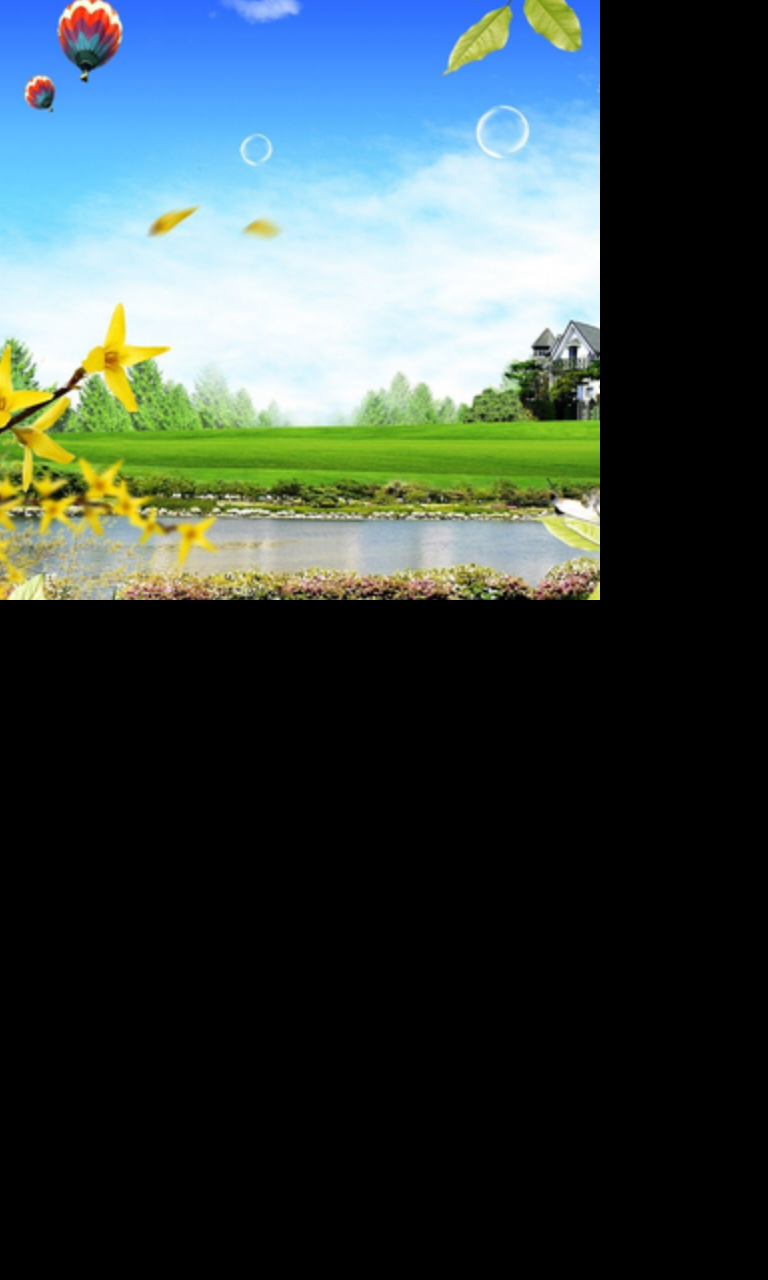
Repository: GuangmingChan/DevelopAndroidApp
Layout: demoImageButton3/res/layout/main.xml
These files come from the project's save history. The layout is drawn as it stood at one moment and after the next save; the edit follows.
It is drawn on a 768 x 1280 px phone screen (xhdpi) without system bars, with theme android:Theme.Holo; the app's code is not run.

Above is the layout before, as saved 2017-03-14 00:35:09.

After the next save:
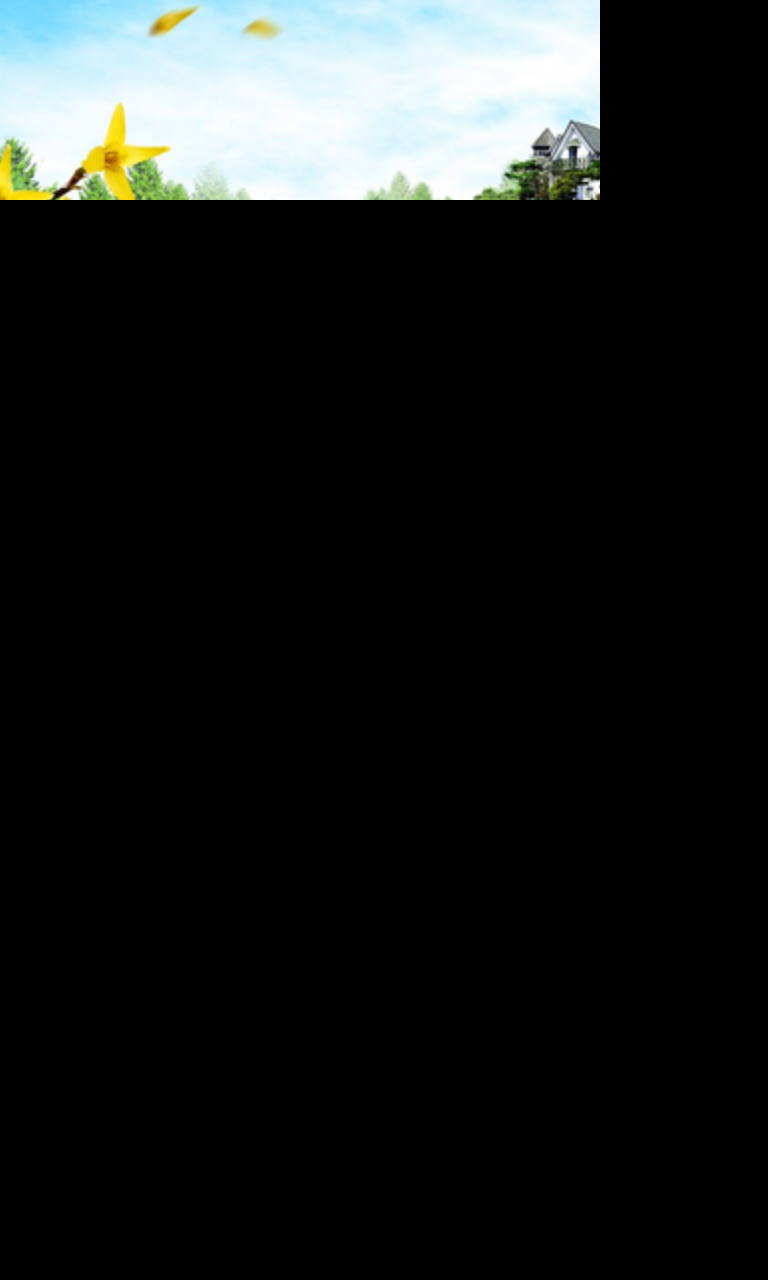
Saved 13 s later.
--- a/demoImageButton3/res/layout/main.xml
+++ b/demoImageButton3/res/layout/main.xml
@@ -8,7 +8,7 @@
         android:id="@+id/imgbt"
         android:src="@drawable/sunshine"
         android:layout_width="300dp"
-        android:layout_height="300dp"
+        android:layout_height="100dp"
         />
 
 </LinearLayout>
